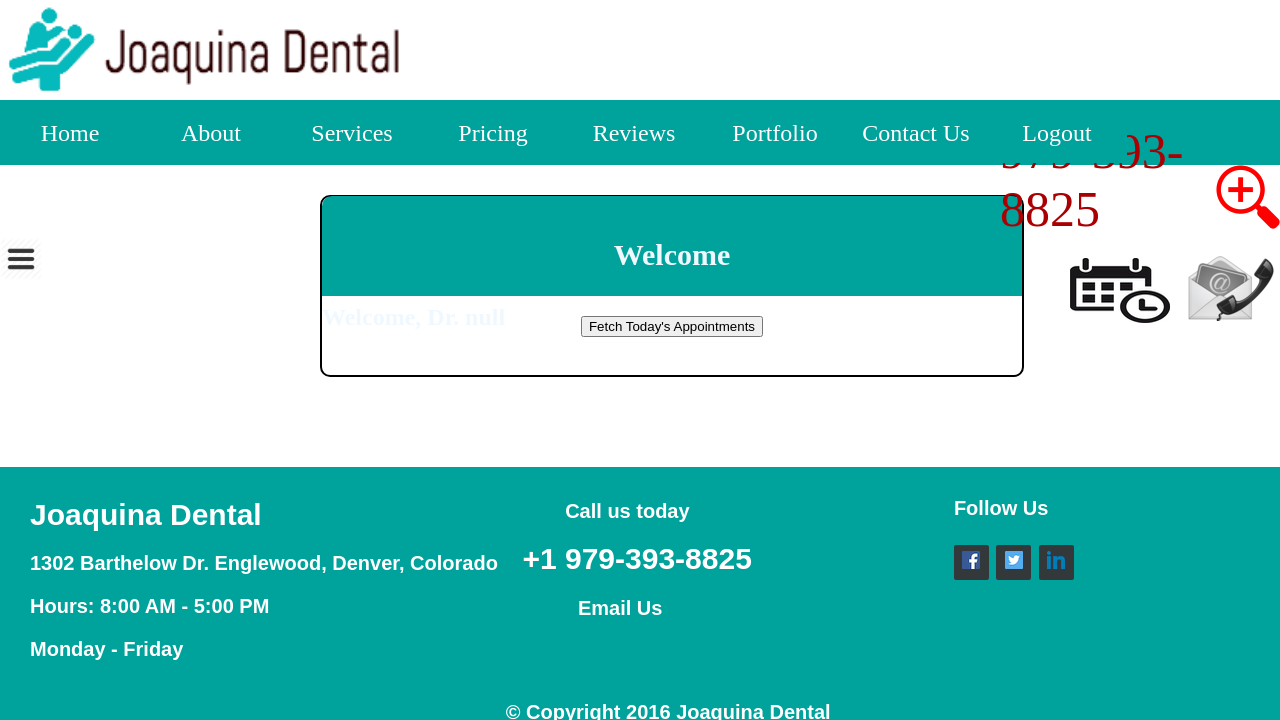
Repository: ManjushaBolishetty/test
Page: http://localhost/test/DentistHomePage.jsp
An editor plug-in stored every save of this project. The page is shown before and after the next save, followed by the edit.
The browser window is 1280 px wide. The pictures show the whole page.
The page is served by Tomcat 9. Other server files are loaded and not shown.

Above is the page before, as saved 2016-04-03 17:49:01.

### test/WebContent/DentistHomePage.jsp
<%@include file="header.jsp" %>
<%@ page import="java.io.*,java.util.*" %>
<%@ page import="javax.servlet.*,java.text.*" %>

<!DOCTYPE html>
<html>
<head>
    <meta http-equiv="Content-Type" content="text/html; charset=ISO-8859-1">
	<meta name="viewport" content="width=device-width, initial-scale=1">
<link href="CSS/ResponsiveForm.css" rel="stylesheet" type="text/css" />
<script src="http://code.jquery.com/jquery-latest.js">  </script>
    <title>My Appointments</title>
</head>
<script type="text/javascript">
function fetchAppointment(){
	  $.ajax({
          url : "AppointmentServlet",
          type : "GET",
          data :{},
          dataType : "text",
          success : function(data) {
        	  /*alert('hi');*/
        	  if($('#divAppointmentList').text("")){
        		  $('#divAppointmentList').append(data);
        	  }
          }
});
}

$(document).ready(function(){

	$('a.loginToggle').text("Logout");
	$('#getApt').click(function(){
		fetchAppointment();
	});
});
</script>
<body>
<div id="cover">
<header>
    <h3>Welcome
 	<%
   Date date = new Date();
   //out.print("<h4 align=\"left\">" +"Welcome, Dr. " + session.getAttribute("Dentist_Name") + "</h4>\n");
   out.print("<h4 align=\"left\">" +"Welcome, Dr. " + session.getAttribute("Dentist_Name") + "</h4>\n");
   /*  out.print("<h4 align=\"left\">" + date.toString() + "</h4>");*/
	%>
	 </h3>
</header>

<div class="appointment" align=center>
<form action="AppointmentServlet" method="get">
      <input id="getApt" type="button" value="Fetch Today's Appointments" />
      <div id="divAppointmentList"></div>
 </form>
 </div>
</div>

  <footer class="footer-distributed">
			<div class="footer-left">

				<h3>Joaquina Dental</h3>
				<p>1302 Barthelow Dr.
				Englewood, Denver, Colorado</p>
				<p >Hours: 8:00 AM - 5:00 PM</p>
				<p >Monday - Friday</p>
			</div>

			<div class="footer-center">

				<p class="callusToday">Call us today  </p><br/>
				<br/>
				<h3>+1 979-393-8825</h3><br/>
				<p class="emailUs">Email Us</p>
			</div>

			<div class="footer-right">

				<p>Follow Us</p>

				<div class="footer-icons">

					<a href="#"><i class="fa fa-facebook"></i></a>
					<a href="#"><i class="fa fa-twitter"></i></a>
					<a href="#"><i class="fa fa-linkedin"></i></a>

				</div>

			</div>
<p class="copyright" >&copy; Copyright 2016 Joaquina Dental</p>
		</footer>
</body>
</html>

### test/WebContent/header.jsp
<%@ page language="java" contentType="text/html; charset=UTF-8"
    pageEncoding="UTF-8"%>
<!DOCTYPE html>
<html>
<head>
<meta http-equiv="Content-Type" content="text/html; charset=UTF-8">
<meta name="viewport" content="width=device-width, initial-scale=1">
<link href="CSS/testeverything.css" rel="stylesheet" type="text/css" />
<script src="http://code.jquery.com/jquery-latest.js">  </script>
<script type="text/javascript">

$(document).ready(function(){
	$('a.loginToggle').click(function(){
		if($('a.loginToggle').text()=="Logout"){
			window.location.href = "JD_LoginPage.jsp";
		}
	})
});
</script>

<style>

#zoom img {
    width: 5%;
    position: absolute;
    right: 0;
}
</style>
<title>Insert title here</title>
</head>

<body>
<div id="header">
	<img class="logoimage" src="Images/Drawing (4).png" alt="Joaquina Dental"></img>
	<span class="phonenumber">979-393-8825</span>
	<a href="#" class="scheduleanchor"><img class="Contact" src="Images/Contact_Us.png"></img></a>
	<a href="#" class="scheduleanchor"><img class="Calendar" src="Images/calendar.png"></img></a>
</div>

<div id="navmenu">
	<img class="iconimage" src="Images/collpased_menu.png"></img><label for="show-menu" class="show-menu iconlabel">Menu</label>
	<input type="checkbox" id="show-menu" role="button">

	<ul id="menu">
		  <li><a href="#">Home</a></li>
		  <li><a href="#">About</a></li>
		  <li>
		    	<a href="#">Services</a>
			    <ul class="dropdownContent">
			      <li><a href="#">Extraction</a></li>
			      <li><a href="#">Transplant</a></li>
			      <li><a href="#">Root Canal</a></li>
			      <li><a href="#">Cleaning</a></li>
			    </ul>
	  	   </li>
	  	   <li><a href="#">Pricing</a></li>
	  	   <li><a href="#">Reviews</a></li>
	  	   <li><a href="#">Portfolio</a></li>
	  	   <li><a href="#">Contact Us</a></li>
	  	   <li><a class="loginToggle" href="#">Login</a></li>
	</ul>
</div>
<div id="zoom" style="width:100%;height:0px">
	<a href="#" class=""><img class="zoom" src="Images/zoom.png"></img></a>
</div>
</body>
</html>

### test/WebContent/CSS/testeverything.css
body{
  border: 0;
  padding: 0;
  margin: 0;
  height: 100%;

}

#header{
	width:100%;
	height:100px;
  background-color:white;
}

#header h3{
	display:inline;
	width:auto;
	height:auto;
}
#header img{
	width:auto;
	float:left;
	padding-left:0px;
	height:100%;
}


.Contact{

	max-width:100%;
	height:auto;
	margin-left:10px;
	margin-top:18px;
}


.Calendar{

	max-width:100%;
	height:auto;
	margin-left:10px;
	margin-top:20px;
}

#header a{
	float:right;
	/*margin-right: 40px;*/
}
.logoSchedule{
	width:auto;
	float:left;
}

.logoContact{
	width:auto;
	float:right;
}

#navmenu{
	width:100%;
	height:65px;
	background:#00A29C;
}

ul {
	list-style-type:none;
	margin:0;
	padding:0;
	position: absolute;
}

/*Create a horizontal list with spacing*/
li {
	display:inline-block;
	float: left;
	margin-right: 1px;
}

/*Style for menu links*/
li a {
	display:block;
	min-width:140px;
	padding-top:20px;
	padding-bottom:16px;
	font-size:24px;
	text-align: center;
	font-family: 'Roboto Slab', serif;
	color: white;
	background: #00A29C;
	text-decoration: none;
}

.phonenumber{
    font-size: 50px;
    margin-left: 1000px;
    display: inline-block;
    margin-top: 22px;
    color: #ab0002;
    float:left;
}

/*Hover state for top level links*/
li:hover a {
	background: black;
}

/*Style for dropdown links*/
li:hover ul a {
	background: #e6ffff;
	color: blue;
}

/*Hover state for dropdown links*/
li:hover ul a:hover {
	background: #19c589;
	color: #fff;
}

/*Hide dropdown links until they are needed*/
li ul {
	display: none;
}

/*Make dropdown links vertical*/
li ul li {
	display: block;
	float: none;
}



/*Display the dropdown on hover*/
ul li a:hover + .dropdownContent, .dropdownContent:hover {
	display: block;
}

/*Responsive Styles*/

	.show-menu {
	font-family: "Helvetica Neue", Helvetica, Arial, sans-serif;
	text-decoration: none;
	color: #fff;
	background: #00A29C;
	text-align: center;
	padding: 10px 0;
	display: none;
}

.iconlabel{
	width:100%;
	height:auto;
	padding:1%;
}

.iconimage{
	float:left;
	height:42px;
}


.callusToday{
	padding-left:10%;
}
.emailUs{
	padding-left:13%;
}

/*Hide checkbox*/
input[type=checkbox]{
    display: none;
}

/*Show menu when invisible checkbox is checked*/
input[type=checkbox]:checked ~ #menu{
    display: block;
}

@media screen and (max-width : 832px){
	/*Make dropdown links appear inline*/
	ul {
		position: static;
		display: none;
	}

	/*Create vertical spacing*/
	li {
		margin-bottom: 1px;
	}
	/*Make all menu links full width*/
	ul li, li a {
		width: 100%;
	}
	.show-menu {
		display:block;
	}
	.imageHolder{
		display:none;
	}
	.iconlabel
	{
	padding-top:12px;
	float:left;
	width:auto;
	}
}



#Content{
	width:100%;
	height:600px;
	background:white;
}

.imageHolder{
	width:100%;
	height:400px;
	background-image: url("/BigHornDental/Images/appointment.jpg");
    background-repeat: no-repeat;
    background-size: contain;
    border: 1px solid black;
}


.login{
  width: 40%;
  font-family: lato;
  position: relative;
  color: white;
  border:1px solid blue;
  border-radius: 10px;
  background-color:blue;
  text-align:center;
}

/* .Logoutbutton input{
	float: left;
	padding-right:100px;
	font-size: 20px;
    display: block;
    line-height: 12px;
    text-align: left;
} */

.Logindate h4{
	float: left;
    font-size: 20px;
    display: block;
    line-height: 12px;
    text-align: left;
    padding-left:100px;
}


/*For Footer*/
footer{
padding-left:40px;
position: fixed;
}

.footer-distributed{
	background-color: #00A29c;
	box-shadow: 0 1px 1px 0 rgba(0, 0, 0, 0.12);
	box-sizing: border-box;
	width: 100%;
	height:auto;
	text-align: left;
	font: bold 16px sans-serif;
	padding: 30px 30px;
	margin-top: 80px;
}

.footer-distributed .footer-left,
.footer-distributed .footer-center,
.footer-distributed .footer-right{
	display: inline-block;
	vertical-align: top;
}

/* Footer left */

.footer-distributed .footer-left{
	width: 40%;
}

 p{
	font-size:20px;
	color:white;
}

/* The company logo */

.footer-distributed h3{
	color:  white;
	margin: 0;
}


/* Footer links */

.footer-distributed .footer-links{
	color:  #ffffff;
	margin: 20px 0 12px;
	padding: 0;
}

.footer-distributed .footer-links a{
	display:inline-block;
	line-height: 1.8;
	text-decoration: none;
	color:  inherit;
}

.footer-distributed .footer-company-name{
	color:  #8f9296;
	font-size: 14px;
	font-weight: normal;
	margin: 0;
}

/* Footer Center */

.footer-center p{
	padding-top:3px;
}

.footer-right p{
	margin-top:0px;
}

.footer-distributed .footer-center{
	width: 35%;
}

.footer-distributed .footer-center i{
	background-color:  #33383b;
	color: #ffffff;
	font-size: 25px;
	width: 38px;
	height: 38px;
	border-radius: 50%;
	text-align: center;
	line-height: 42px;
	margin: 10px 15px;
	vertical-align: middle;
}

.footer-distributed .footer-center i.fa-envelope{
	font-size: 17px;
	line-height: 38px;
}

.footer-distributed .footer-center p{
	display: inline-block;
	color: #ffffff;
	vertical-align: middle;
	margin:0;
}

.footer-distributed .footer-center p span{
	display:block;
	font-weight: normal;
	font-size:14px;
	line-height:2;
}

.footer-distributed .footer-center p a{
	color:  white;
	text-decoration: none;;
}


/* Footer Right */

.footer-distributed .footer-right{
	width: 20%;
}

.footer-distributed .footer-company-about span{
	display: block;
	color:  black;
	font-size: 14px;
	font-weight: bold;
	margin-bottom: 20px;
}

.footer-distributed .footer-icons{
	margin-top: 25px;
}

.footer-distributed .footer-icons a{
	display: inline-block;
	width: 35px;
	height: 35px;
	cursor: pointer;
	background-color:  #33383b;
	border-radius: 2px;

	font-size: 20px;
	color: #ffffff;
	text-align: center;
	line-height: 35px;

	margin-right: 3px;
	margin-bottom: 5px;
}

.fa-twitter:before {
    content: url("../Images/twitter.png");
}
.fa-facebook:before {
    content: url("../Images/facebook.png");
}
.fa-linkedin:before {
    content: url("../Images/linkedin.png");
}

.fa-linkedin:before {
    content: url("../Images/linkedin.png");
}

.footer-left span{

}


.copyright{
	padding-left: 39%;
}

/* If you don't want the footer to be responsive, remove these media queries */

@media (max-width: 880px) {

	.footer-distributed{
		font: bold 14px sans-serif;
	}

	.footer-distributed .footer-left,
	.footer-distributed .footer-center,
	.footer-distributed .footer-right{
		display: block;
		width: 100%;
		margin-bottom: 40px;
		text-align: center;
	}

	.footer-distributed .footer-center i{
		margin-left: 0;
	}

}


/*Supports Iphone 5,6 and 6S-Plus*/

@media screen and (max-width : 440px){
	/*Make dropdown links appear inline*/
	#header img{
		width:80%;
	}

	.iconimage{
		height:100%;
		width:10%;
	}
	.iconlabel{
		font-size:30px;
	}
	.show-menu{
		font-size:30px;
	}

	#showOnMobile{
		display:block;
	}

	.Contact{
	width:80px;
	height:auto;
	margin-left:0px;
	margin-top:8px;
	}


.Calendar{

	width:80px;
	height:auto;
	margin-left:0px;
	margin-top:8px;
	}

.phonenumber{
	display:none;
	}

	.callusToday{
	padding-left:0%;
	}
	.emailUs{
		padding-left:0%;
	}

	.copyright{
		text-align:center;
		padding-left:0%;
		width:100%;
	}
}


@media screen and (max-width : 780px){
	.phonenumber{
		margin-left:70px;
	}
	.iconimage{
		height:65px;
	}
	.iconlabel{
		font-size:30px;
	}
	.callusToday{
		padding-left:0%;
		font-size:20px;
	}
	.emailUs{
		padding-left:0%;
	}
	.footer-left p{
		font-size:20px;
	}
	.footer-center p{
		font-size:20px;
	}
	.footer-right p{
		font-size:20px;
	}
	.copyright{
		text-align:center;
		padding-left:0%;
		width:100%;
	}

}

### test/WebContent/CSS/ResponsiveForm.css
* {
/* With these codes padding and border does not increase it's width and gives intuitive style.*/
box-sizing: border-box;
}

body {
	margin:0;
	padding:0;
	font-family: 'Roboto Slab', serif;
	width:100%;
}

#cover{
	width: 55%;
	margin: 30px 30% 10px 25%;
	padding:10px 0;
	border: 2px solid black;
	border-radius:10px;
}
form{
	width:70%;
	margin:4% 15%;
}
header {
    background-color: #00A29C;
    text-align: center;
    padding-top: 1px;
    padding-bottom: 8px;
    margin-top: -11px;
    margin-bottom: -8px;
    border-radius: 10px 10px 0 0;
    color: aliceblue;
    height: 100px;
    font-size: 24px;
}

h3{
	font-size: 30px;
	padding-top:1px;
}
#newuser{
	margin-right:10px;
}

label{
	font-size:24px;
}


/* Makes responsive fields. Sets size and field alignment.*/
input[type=text]{
	margin-bottom: 20px;
	margin-top: 10px;
	width:100%;
	padding: 15px;
	border-radius:5px;
	border:1px solid #7ac9b7;
	font-size:20px;
}
input[type=password]{
	margin-bottom: 20px;
	margin-top: 10px;
	width:100%;
	padding: 15px;
	border-radius:5px;
	border:1px solid #7ac9b7;
	font-size:20px;
}

input[type=radio]{
	margin-bottom: 20px;
	margin-top: 10px;
	padding: 15px;
	border-radius:5px;
	border:1px solid #7ac9b7;
	font-size:20px;
}

select{
	margin-bottom: 20px;
	margin-top: 10px;
	width:100%;
	height:25px;
	padding: 15px;
	border-radius:5px;
	border:1px solid #7ac9b7;
}

.datepicker{
	height:30px;
}

.result{
	color:blue;
}

p.errorLogin{
	color:#ab0002;
	padding-left:23%;
	font-size:24px;
}

input[type=submit]
{
	margin-bottom: 20px;
	width:50%;
	margin-left:25%;
	padding: 15px;
	border-radius:5px;
	border:1px solid #7ac9b7;
	background-color: #2b547e;
	border-color:#2b547e;
	color: aliceblue;
	font-size:24px;
	cursor:pointer;
}
#submit:hover
{
	background-color: blue;
}
textarea{
	width:100%;
	padding: 15px;
	margin-top: 10px;
	border:1px solid #7ac9b7;
	border-radius:5px;
	margin-bottom: 20px;
	resize:none;
}
input[type=text]:focus,textarea:focus {
	border-color: #4697e4;
}

@media screen and (max-width : 768px){
	h2{
		font-size:16px;
	}
	p{
		font-size:14px;
	}
	label{
		font-size:12px;
	}
	input[type=submit]{
		padding:5px;
	}
	input[type=text]{
		padding: 8px;
	}
	div#envelope{
		width: 80%;
		margin: 10px 30% 10px 11%;
	}
}

@media screen and (max-width : 415px){
	#cover{
	width: 95%;
	margin: 30px 30% 30px 2.5%;
	padding:10px 0;
	border: 2px solid black;
	border-radius:10px;
	}
	input[type=submit]{
		padding:4px;
		font-size:20px;
		white-space:normal;
	}
	input[type=text]{
		padding: 8px;
		font-size:20px;
	}

	input[type=password]{
		padding: 8px;
		font-size:20px;
	}
	label{
		font-size:22px;
	}
	h2{
		font-size:22px;
	}
	p{
		font-size:18px;
	}
	div#envelope{
		width: 80%;
		margin: 10px 30% 10px 11%;
	}

}

@media screen and (max-width : 768px){
	#cover{
	width: 90%;
	margin: 30px 30% 30px 5.5%;
	padding:10px 0;
	border: 2px solid black;
	border-radius:10px;
	}
	input[type=submit]{
		padding:4px;
		font-size:20px;
		white-space:normal;
	}
	input[type=text]{
		padding: 8px;
		font-size:20px;
	}

	input[type=password]{
		padding: 8px;
		font-size:20px;
	}
	label{
		font-size:22px;
	}
	h2{
		font-size:22px;
	}
	p{
		font-size:18px;
	}
	div#envelope{
		width: 80%;
		margin: 10px 30% 10px 11%;
	}

}

After the next save:
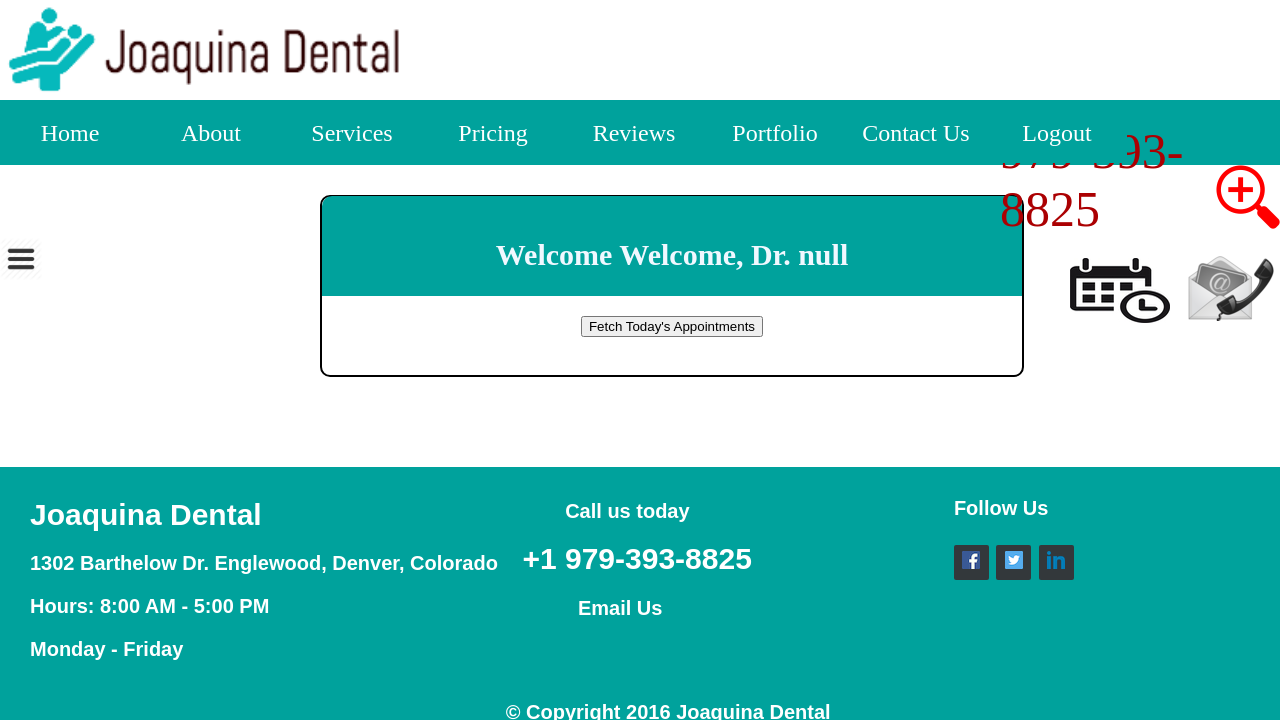
Saved 27 s later.
--- a/test/WebContent/DentistHomePage.jsp
+++ b/test/WebContent/DentistHomePage.jsp
@@ -42,7 +42,7 @@ $(document).ready(function(){
  	<%
    Date date = new Date();
    //out.print("<h4 align=\"left\">" +"Welcome, Dr. " + session.getAttribute("Dentist_Name") + "</h4>\n");
-   out.print("<h4 align=\"left\">" +"Welcome, Dr. " + session.getAttribute("Dentist_Name") + "</h4>\n");
+   out.print("Welcome, Dr. " + session.getAttribute("Dentist_Name"));
    /*  out.print("<h4 align=\"left\">" + date.toString() + "</h4>");*/
 	%>
 	 </h3>
